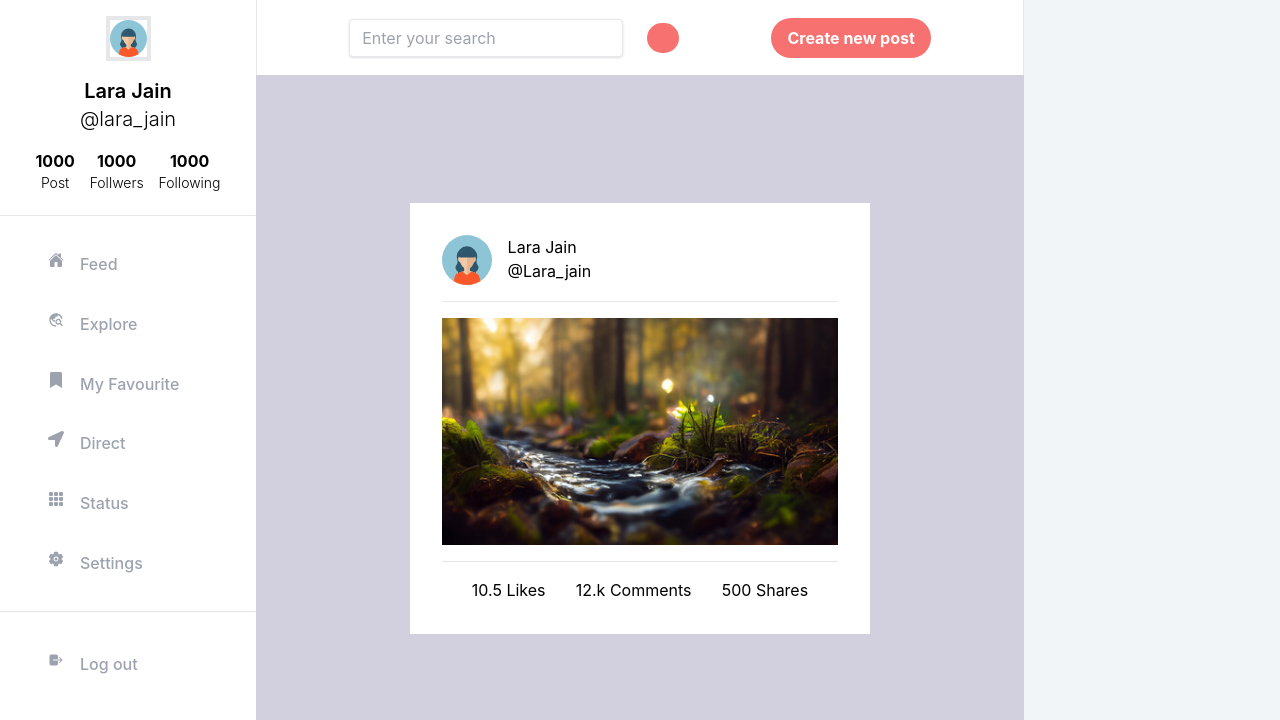
Repository: cosmicswati/upgrad-captions-project
Page: /account/signup
The author's editor kept a copy of each file at every save. The page is drawn from the files as they stood at one save, then again after a run of saves.
The browser window is 1280 px wide. The pictures show the whole page.
An inner scrolling area shows only its first screen. The project was rebuilt for these pictures with package versions that can differ from the ones it lists, and the page was loaded fresh each time. Also part of the build but not shown: src/modules/Home/data.js, src/modules/Authorization/Form.jsx, src/modules/Authorization/index.js.

Above is the page before, as saved 2024-04-12 11:33:00.

After the next 2 saves:
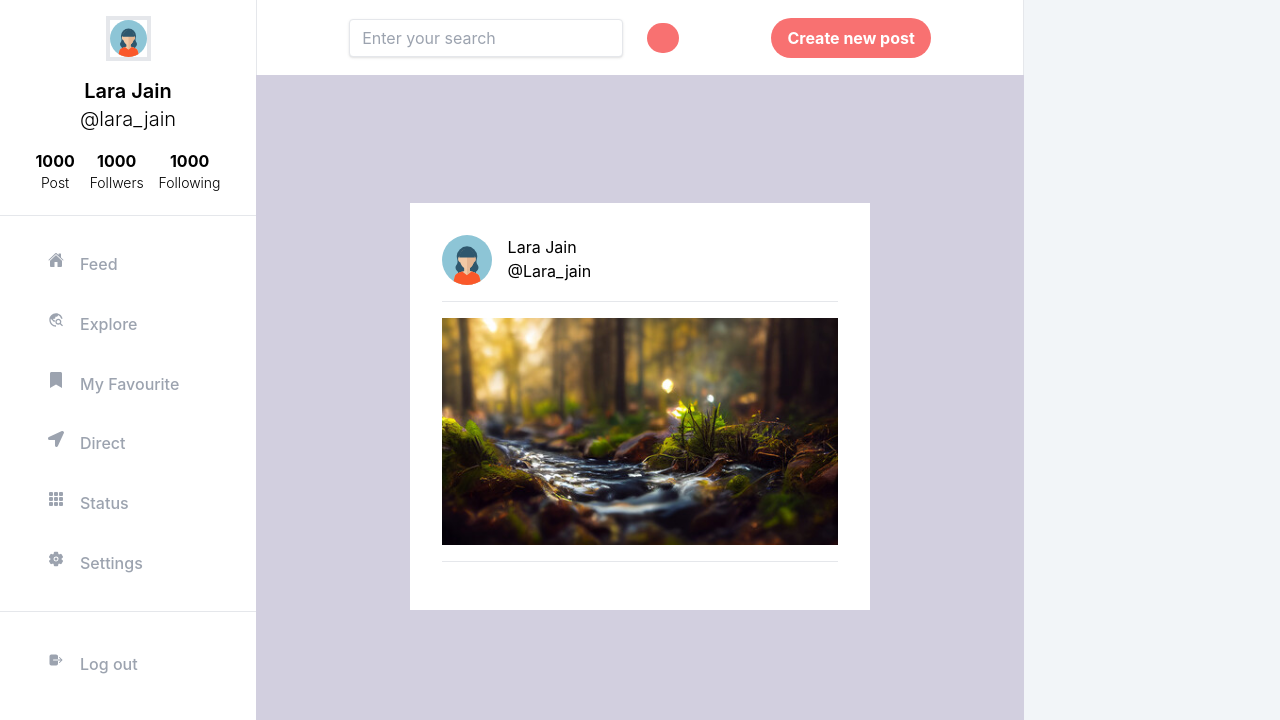
The 2 saves are shown as one change because 1 did not build or start.
The last was saved 73 s later.
--- a/src/modules/Home/index.js
+++ b/src/modules/Home/index.js
@@ -72,11 +72,7 @@ const Home = () => {
                 <div className='border-b pb-4 mb-4'>
                     <img src={postImg} width={'500px'}/>
                 </div>
-                <div className='flex justify-evenly mt-4'>
-                    <div>10.5 Likes</div>
-                    <div>12.k Comments</div>
-                    <div>500 Shares</div>
-                </div>
+
             </div>
             <div className='bg-white w-[60%]  mx-auto mt-32 p-8'>
                 <div className='border-b flex item-center pb-4 mb-4'>
